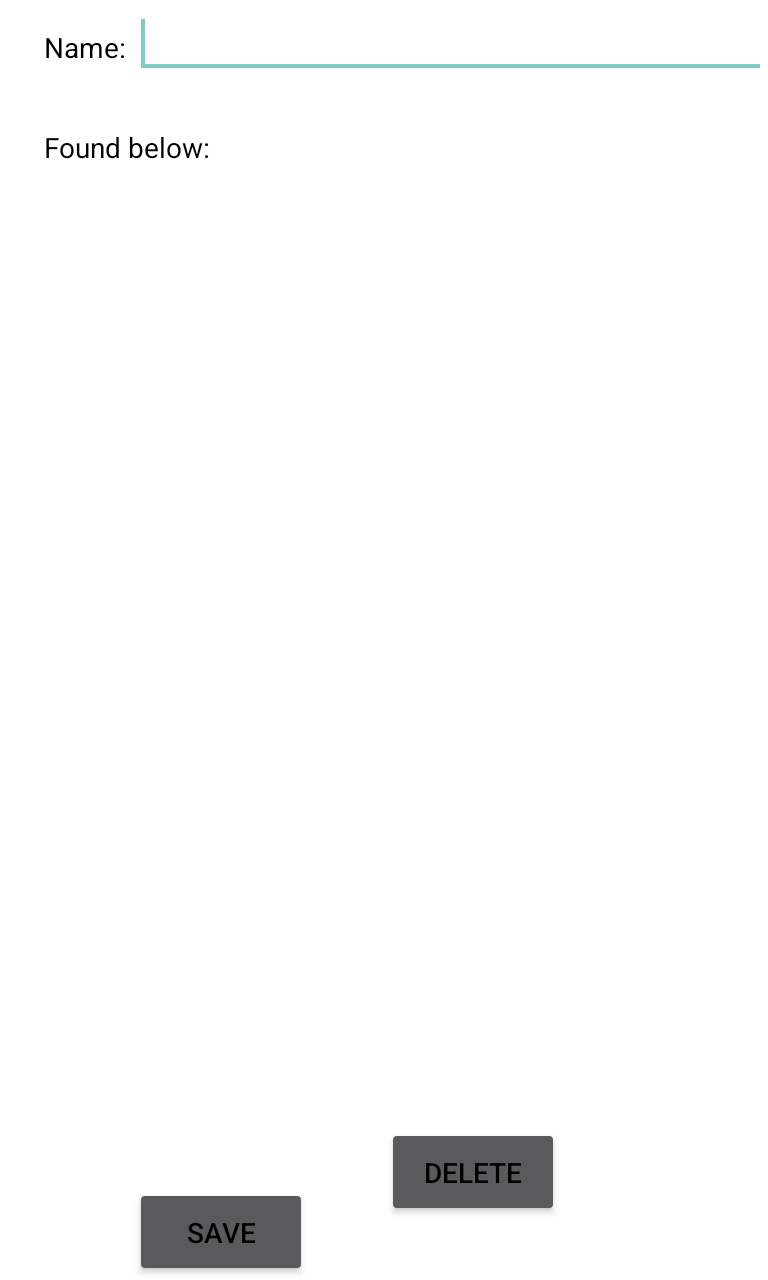
Repository: qfornaguera/AppQuelogy
Layout: AppQueology/res/layout/activity_artifact.xml
An editor plug-in stored every save of this project. The layout is shown before and after the next save, followed by the edit.
It is drawn on a 768 x 1280 px phone screen (xhdpi) without system bars, with theme Theme.AppCompat; the app's code is not run.

Above is the layout before, as saved 2014-04-18 18:34:18.

### AppQueology/res/layout/activity_artifact.xml
<RelativeLayout xmlns:android="http://schemas.android.com/apk/res/android"
    xmlns:tools="http://schemas.android.com/tools"
    android:id="@+id/container"
    android:layout_width="wrap_content"
    android:layout_height="wrap_content"
    android:background="#ffffff"
    tools:context="com.example.appqueology.ArtifactActivity"
    tools:ignore="MergeRootFrame" >

    <Button
        android:id="@+id/save"
        android:layout_width="wrap_content"
        android:layout_height="wrap_content"
        android:layout_alignParentBottom="true"
        android:layout_toRightOf="@+id/textView1"
        android:textColor="#000000"
        android:text="Save" />

    <Button
        android:id="@+id/delete"
        android:layout_width="wrap_content"
        android:layout_height="wrap_content"
        android:layout_alignParentBottom="true"
        android:layout_marginBottom="30dp"
        android:layout_marginLeft="38dp"
        android:layout_toRightOf="@+id/save"
        android:textColor="#000000"
        android:text="Delete" />

    <TextView
        android:id="@+id/textView2"
        android:layout_width="wrap_content"
        android:layout_height="wrap_content"
        android:layout_alignLeft="@+id/textView1"
        android:layout_below="@+id/editText1"
        android:layout_marginTop="23dp"
        android:textColor="#000000"
        android:text="Found below: " />

    <EditText
        android:id="@+id/editText2"
        android:layout_width="wrap_content"
        android:layout_height="wrap_content"
        android:layout_alignBottom="@+id/textView2"
        android:layout_alignParentRight="true"
        android:textColor="#000000"
        android:ems="10" />

    <EditText
        android:id="@+id/editText1"
        android:layout_width="wrap_content"
        android:layout_height="wrap_content"
        android:layout_alignBaseline="@+id/textView1"
        android:layout_alignBottom="@+id/textView1"
        android:layout_alignParentRight="true"
        android:layout_toRightOf="@+id/textView1"
        android:ems="10"
        android:maxLength="25"
        android:textColor="#000000" >

        <requestFocus />
    </EditText>

    <TextView
        android:id="@+id/textView1"
        android:layout_width="wrap_content"
        android:layout_height="wrap_content"
        android:layout_alignParentLeft="true"
        android:layout_alignParentTop="true"
        android:layout_marginLeft="22dp"
        android:layout_marginTop="14dp"
        android:text="Name: "
        android:textColor="#000000" />

</RelativeLayout>

After the next save:
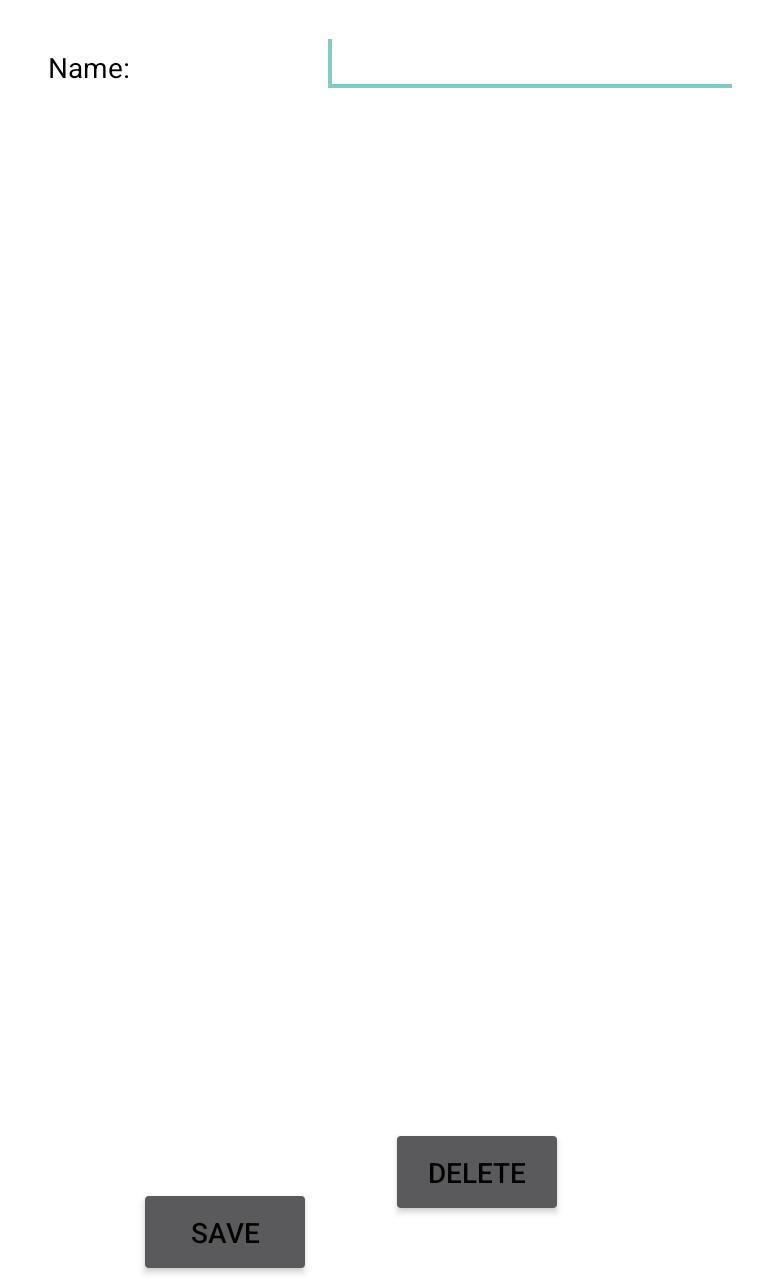
Saved 41 s later.
--- a/AppQueology/res/layout/activity_artifact.xml
+++ b/AppQueology/res/layout/activity_artifact.xml
@@ -6,6 +6,32 @@
     android:background="#ffffff"
     tools:context="com.example.appqueology.ArtifactActivity"
     tools:ignore="MergeRootFrame" >
+
+    <EditText
+        android:id="@+id/editText1"
+        android:layout_width="wrap_content"
+        android:layout_height="wrap_content"
+        android:layout_alignBaseline="@+id/textView1"
+        android:layout_alignBottom="@+id/textView1"
+        android:layout_alignParentRight="true"
+        android:layout_marginRight="14dp"
+        android:maxLength="25"
+        android:textColor="#000000"
+        android:ems="10" >
+
+        <requestFocus />
+    </EditText>
+
+    <TextView
+        android:id="@+id/textView1"
+        android:layout_width="wrap_content"
+        android:layout_height="wrap_content"
+        android:layout_alignParentLeft="true"
+        android:layout_alignParentTop="true"
+        android:layout_marginLeft="24dp"
+        android:layout_marginTop="24dp"
+        android:textColor="#000000"
+        android:text="Name: " />
 
     <Button
         android:id="@+id/save"
@@ -27,49 +53,4 @@
         android:textColor="#000000"
         android:text="Delete" />
 
-    <TextView
-        android:id="@+id/textView2"
-        android:layout_width="wrap_content"
-        android:layout_height="wrap_content"
-        android:layout_alignLeft="@+id/textView1"
-        android:layout_below="@+id/editText1"
-        android:layout_marginTop="23dp"
-        android:textColor="#000000"
-        android:text="Found below: " />
-
-    <EditText
-        android:id="@+id/editText2"
-        android:layout_width="wrap_content"
-        android:layout_height="wrap_content"
-        android:layout_alignBottom="@+id/textView2"
-        android:layout_alignParentRight="true"
-        android:textColor="#000000"
-        android:ems="10" />
-
-    <EditText
-        android:id="@+id/editText1"
-        android:layout_width="wrap_content"
-        android:layout_height="wrap_content"
-        android:layout_alignBaseline="@+id/textView1"
-        android:layout_alignBottom="@+id/textView1"
-        android:layout_alignParentRight="true"
-        android:layout_toRightOf="@+id/textView1"
-        android:ems="10"
-        android:maxLength="25"
-        android:textColor="#000000" >
-
-        <requestFocus />
-    </EditText>
-
-    <TextView
-        android:id="@+id/textView1"
-        android:layout_width="wrap_content"
-        android:layout_height="wrap_content"
-        android:layout_alignParentLeft="true"
-        android:layout_alignParentTop="true"
-        android:layout_marginLeft="22dp"
-        android:layout_marginTop="14dp"
-        android:text="Name: "
-        android:textColor="#000000" />
-
 </RelativeLayout>
